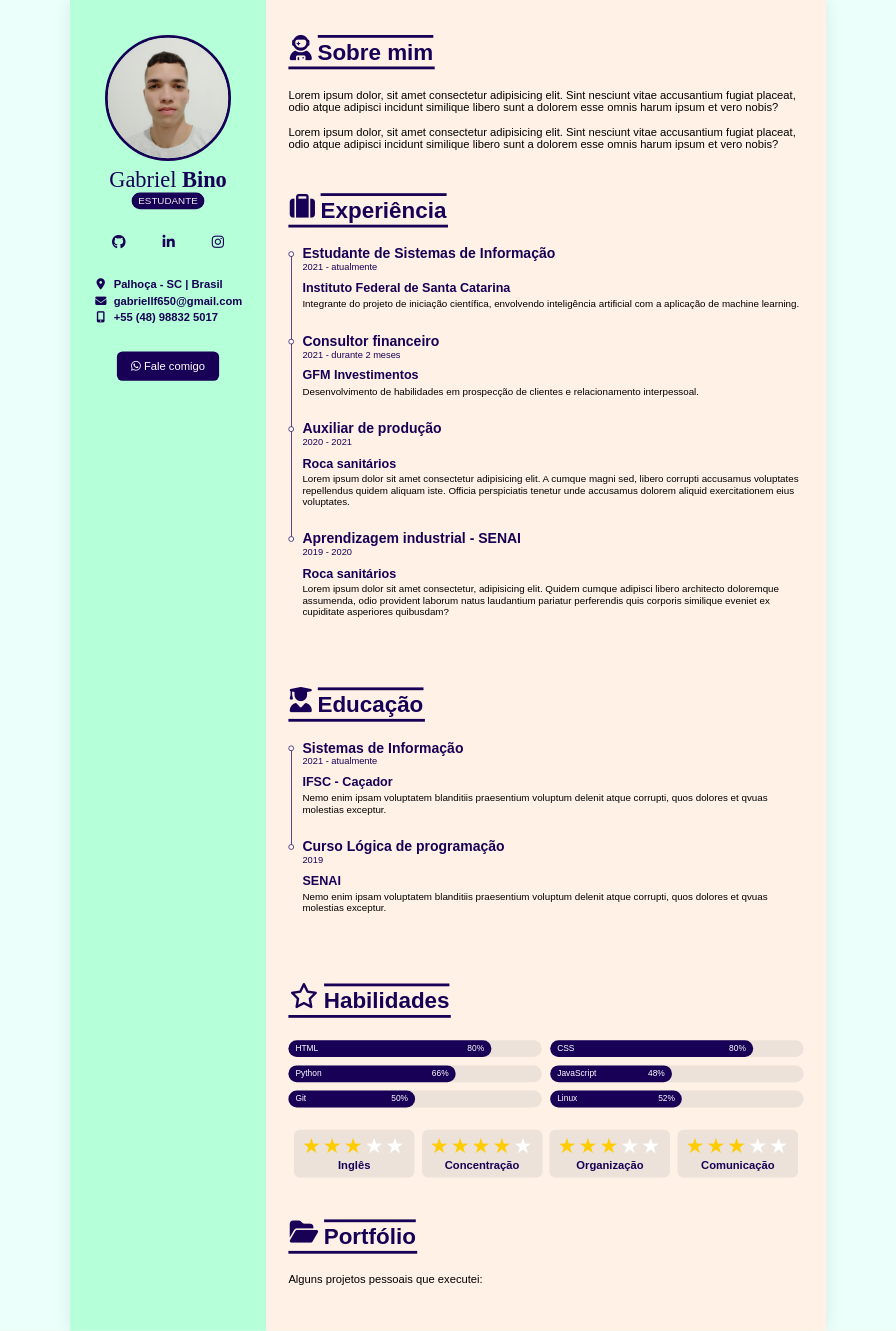
Repository: gabrielbino/projects-dio
Page: curriculoResponsivo/index.html
These files come from the project's save history. The page is drawn as it stood at one moment and after the next save; the edit follows.
The browser window is 1280 px wide. The pictures show the whole page, at 70% of full size.
Some web libraries are served in a nearby version.

Above is the page before, as saved 2021-10-19 11:34:40.

After the next save:
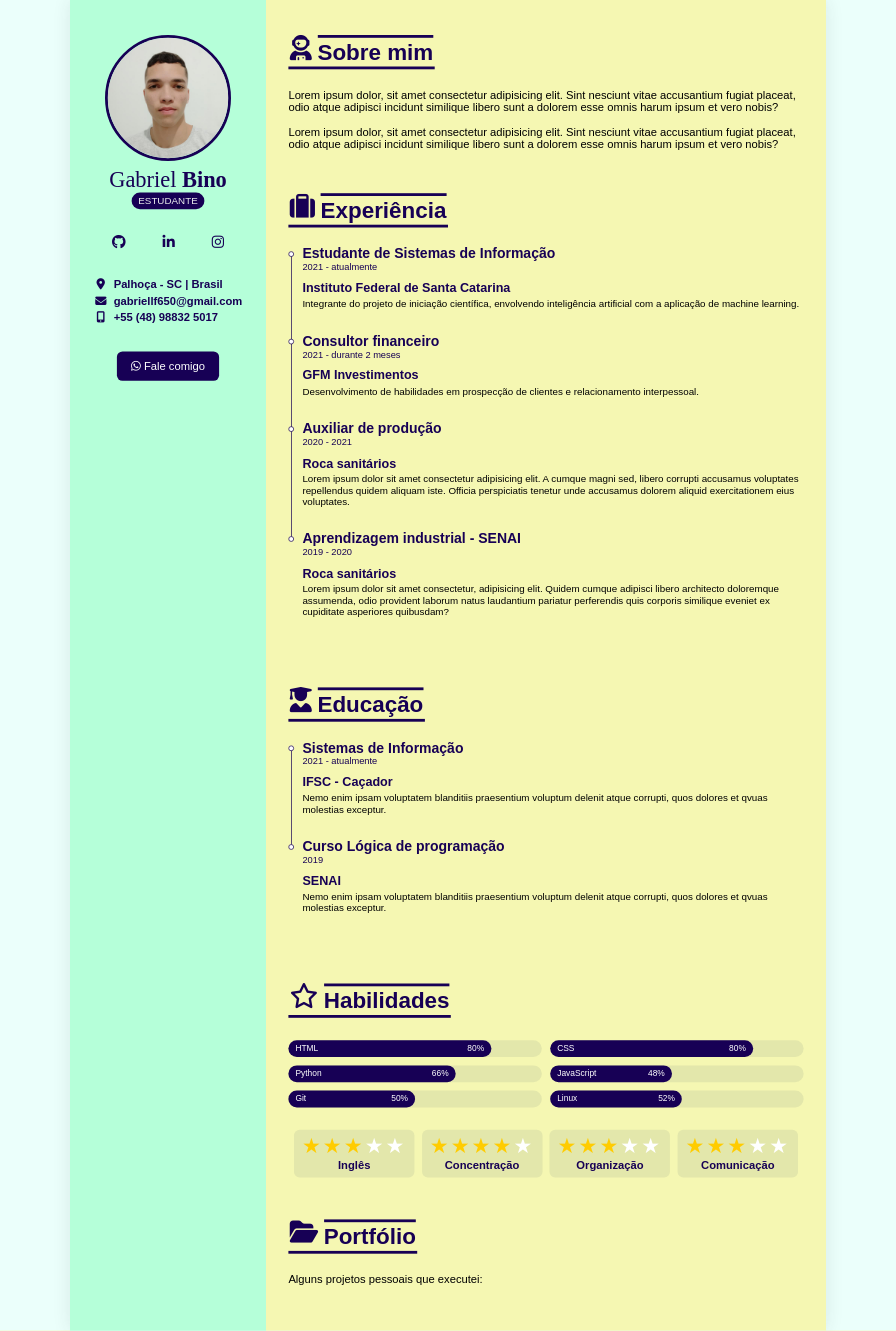
Saved 6 min 25 s later.
--- a/curriculoResponsivo/css/style.css
+++ b/curriculoResponsivo/css/style.css
@@ -117,7 +117,7 @@ aside {
 }
 
 section {
-  background-color: #fff1e6;
+  background-color: #f5f7b2;
   padding: 50px 32px 0;
   width: calc(100% - 280px);
 }
